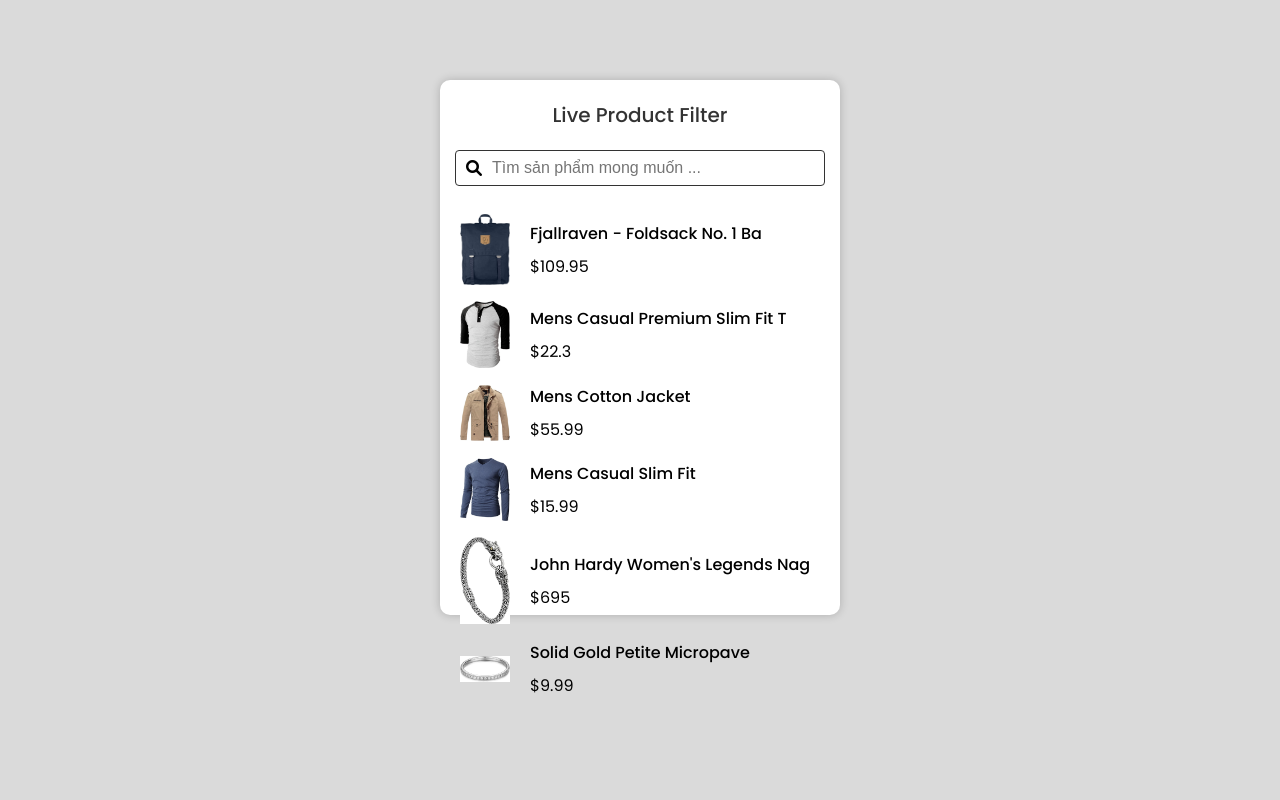
Repository: huannt2001/live-product-filter
Page: index.html
The author's editor kept a copy of each file at every save. The page is drawn from the files as they stood at one save, then again after the next save.
The browser window is 1280 px wide. The pictures show the whole page.

Above is the page before, as saved 2022-01-08 09:21:11.

### index.html
<!DOCTYPE html>
<html lang="en">

<head>
    <meta charset="UTF-8">
    <meta http-equiv="X-UA-Compatible" content="IE=edge">
    <meta name="viewport" content="width=device-width, initial-scale=1.0">
    <title>Live Product Filter</title>
    <link rel="stylesheet" href="./style.css">
    <link rel="stylesheet" href="https://cdnjs.cloudflare.com/ajax/libs/font-awesome/6.0.0-beta3/css/all.min.css"
        integrity="sha512-Fo3rlrZj/k7ujTnHg4CGR2D7kSs0v4LLanw2qksYuRlEzO+tcaEPQogQ0KaoGN26/zrn20ImR1DfuLWnOo7aBA=="
        crossorigin="anonymous" referrerpolicy="no-referrer" />
    <link href="https://fonts.googleapis.com/css2?family=Poppins:wght@100;200;300;400;500;600;700;800;900&display=swap"
        rel="stylesheet">
</head>

<body>
    <div class="container">
        <div class="header">
            <h2 class="header__title">Live Product Filter</h2>
            <div class="header__input-wrap">
                <div class="header__search-icon">
                    <i class="fas fa-search"></i>
                </div>
                <input type="text" placeholder="Tìm sản phẩm mong muốn ..." class="header__input">
            </div>
        </div>

        <div class="product-list">
            <div class="product__item">
                <img src="./img/img1.jpg" alt="" class="product__item-image">
                <div class="product__item-desc">
                    <h4 class="product__item-name">Fjallraven - Foldsack No. 1 Ba</h4>
                    <div class="product__item-price">$109.95</div>
                </div>
            </div>
            <div class="product__item">
                <img src="./img/img2.jpg" alt="" class="product__item-image">
                <div class="product__item-desc">
                    <h4 class="product__item-name">Mens Casual Premium Slim Fit T</h4>
                    <div class="product__item-price">$22.3</div>
                </div>
            </div>
            <div class="product__item">
                <img src="./img/img3.jpg" alt="" class="product__item-image">
                <div class="product__item-desc">
                    <h4 class="product__item-name">Mens Cotton Jacket</h4>
                    <div class="product__item-price">$55.99</div>
                </div>
            </div>
            <div class="product__item">
                <img src="./img/img4.jpg" alt="" class="product__item-image">
                <div class="product__item-desc">
                    <h4 class="product__item-name">Mens Casual Slim Fit</h4>
                    <div class="product__item-price">$15.99</div>
                </div>
            </div>
            <div class="product__item">
                <img src="./img/img5.jpg" alt="" class="product__item-image">
                <div class="product__item-desc">
                    <h4 class="product__item-name">John Hardy Women's Legends Nag</h4>
                    <div class="product__item-price">$695</div>
                </div>
            </div>
            <div class="product__item">
                <img src="./img/img6.jpg" alt="" class="product__item-image">
                <div class="product__item-desc">
                    <h4 class="product__item-name">Solid Gold Petite Micropave</h4>
                    <div class="product__item-price">$9.99</div>
                </div>
            </div>
        </div>
    </div>
</body>

</html>

### style.css
* {
    padding: 0;
    margin: 0;
    box-sizing: border-box;
}

body {
    font-family: "Poppins", sans-serif;
    background-color: #dadada;
    height: 100vh;
    width: 100%;
}

.container {
    width: 400px;
    height: 535px;
    margin: 80px auto;
    background-color: #fff;
    /* overflow-x: hidden; */
    border-radius: 10px;
    box-shadow: 0px 0px 10px rgba(0, 0, 0, 0.2);

}

.header {
    padding: 20px 15px;
}

.header__title {
    font-size: 20px;
    color: #333;
    font-weight: 500;
    text-align: center;
    margin-bottom: 20px;
}

.header__input-wrap {
    display: flex;
    align-items: center;
    border: 1px solid #333;
    border-radius: 4px;
}

.header__search-icon {
    font-size: 16px;
    padding: 4px 0 4px 10px;
    cursor: pointer;
}

input.header__input {
    border: none;
    outline: none;
    flex: 1;
    font-size: 16px;
    padding: 8px 10px;
    background-color: transparent;
}

.product__item {
    display: flex;
    align-items: center;
    padding: 8px 20px;
}

.product__item-image {
    width: 50px;
    margin-right: 20px;
}

h4.product__item-name {
    font-weight: 500;
    margin-bottom: 8px;
}

After the next save:
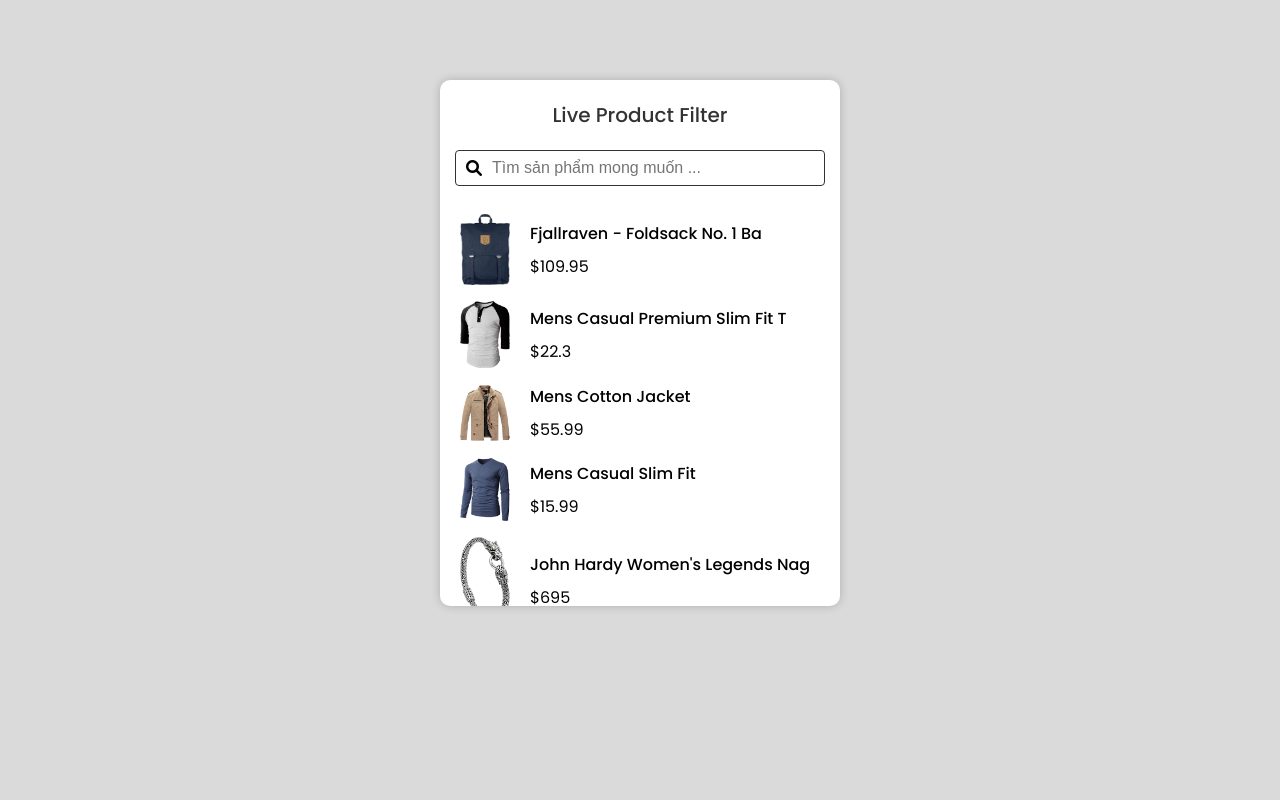
Saved 2 min 4 s later.
--- a/style.css
+++ b/style.css
@@ -13,10 +13,8 @@
 
 .container {
     width: 400px;
-    height: 535px;
     margin: 80px auto;
     background-color: #fff;
-    /* overflow-x: hidden; */
     border-radius: 10px;
     box-shadow: 0px 0px 10px rgba(0, 0, 0, 0.2);
 
@@ -56,6 +54,11 @@
     background-color: transparent;
 }
 
+.product-list {
+    max-height: 400px;
+    overflow-y: auto;
+}
+
 .product__item {
     display: flex;
     align-items: center;
